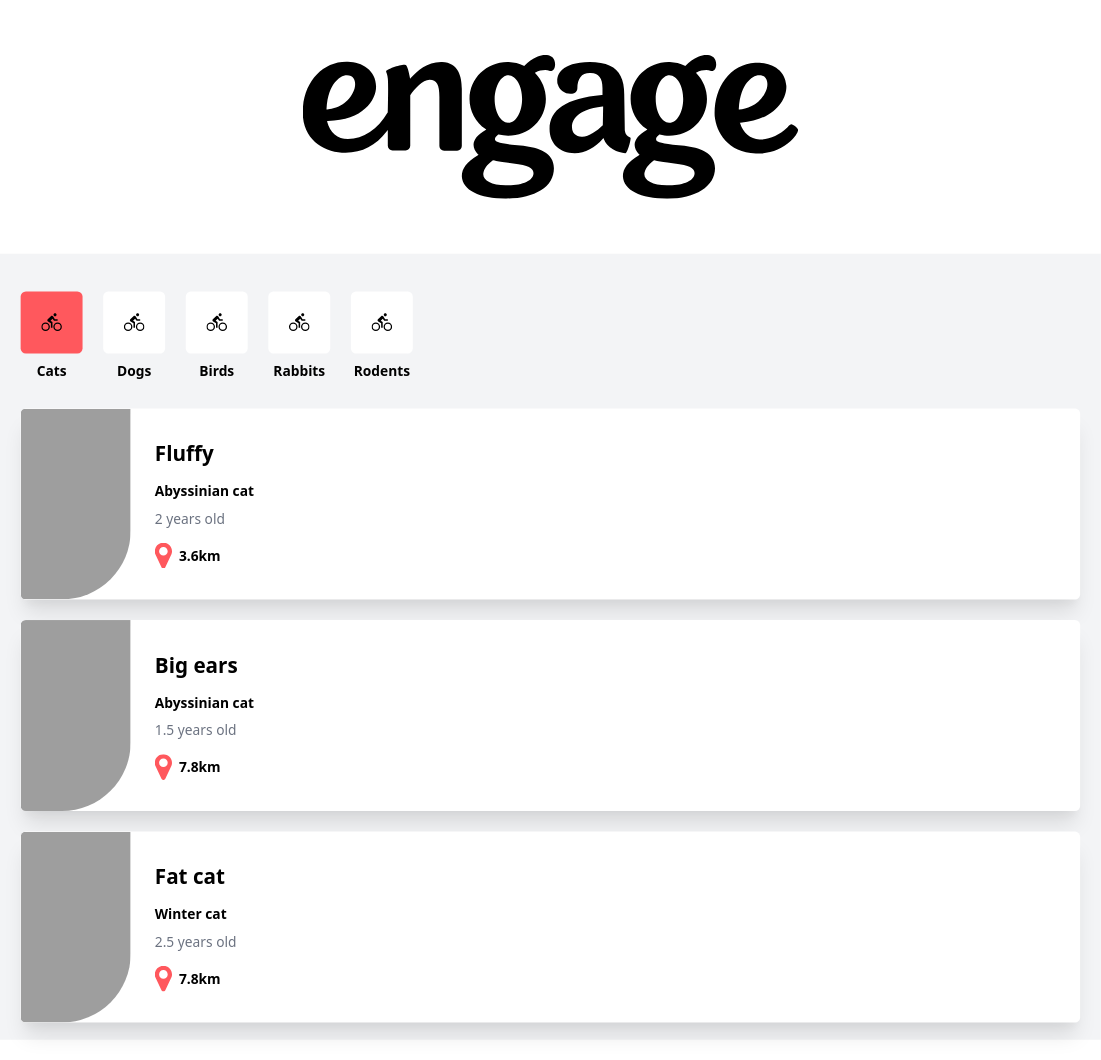
Repository: DaveBaulch/engage-tech-test
Page: /
These files come from the project's save history. The page is drawn as it stood at one moment and after a run of saves; the edit follows.
The browser window is 1280 px wide. The pictures show the whole page, at 86% of full size.
Pictures or frames that could not be fetched are drawn as grey boxes. The project was rebuilt for these pictures with package versions that can differ from the ones it lists, and the page was loaded fresh each time. Also part of the build but not shown: src/store/index.js.

Above is the page before, as saved 2021-05-25 22:43:08.

After the next 2 saves:
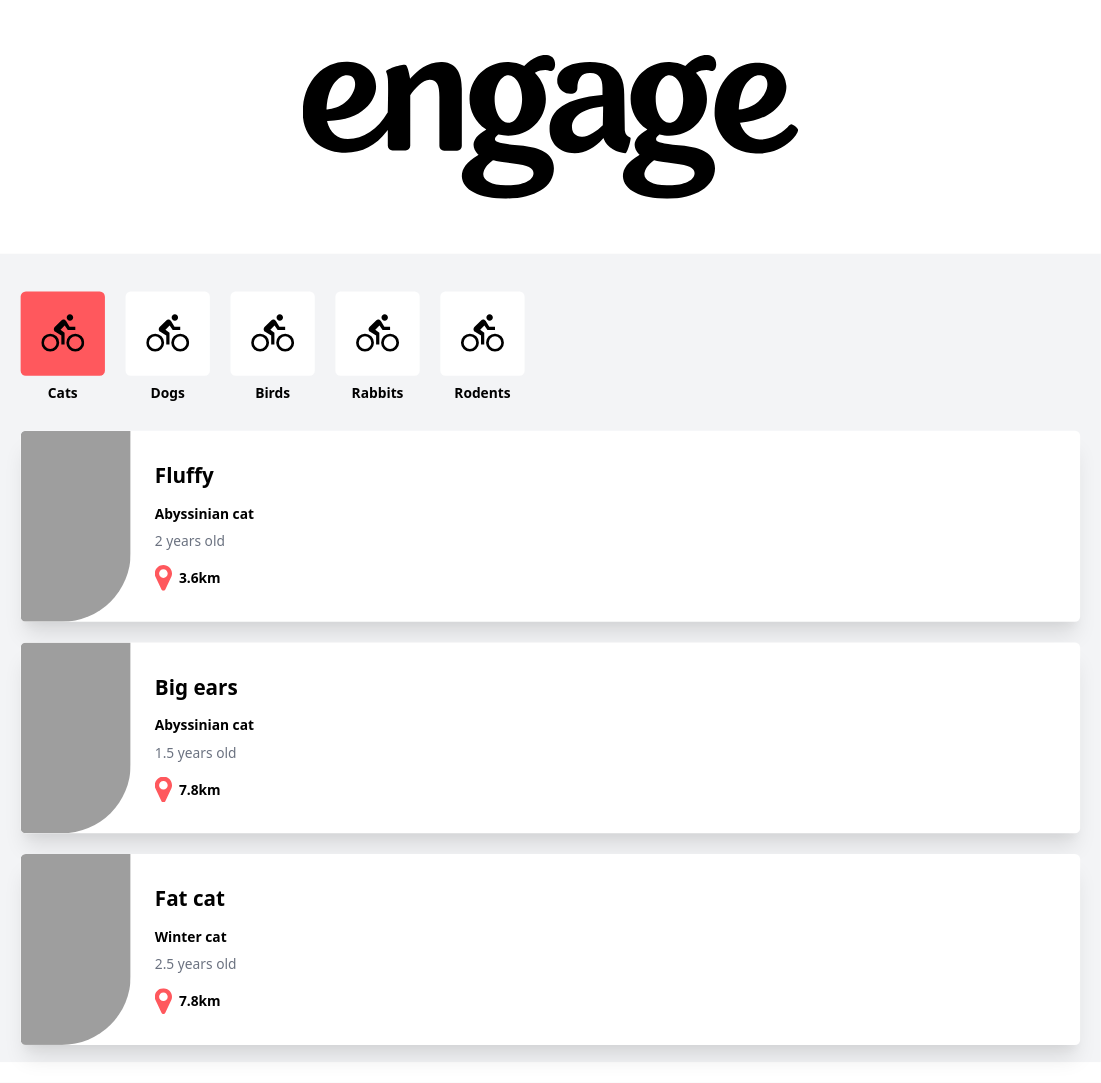
The 2 saves are shown as one change because they came seconds apart.
The last was saved 6 s later.
--- a/src/components/global/TheNavigation.vue
+++ b/src/components/global/TheNavigation.vue
@@ -6,7 +6,7 @@
         :itemData="item"
         :key="item.id"
       >
-        <IconCat width=""></IconCat>
+        <IconCat width="50" height="50"></IconCat>
       </TheNavigationItem>
     </ul>
   </nav>
